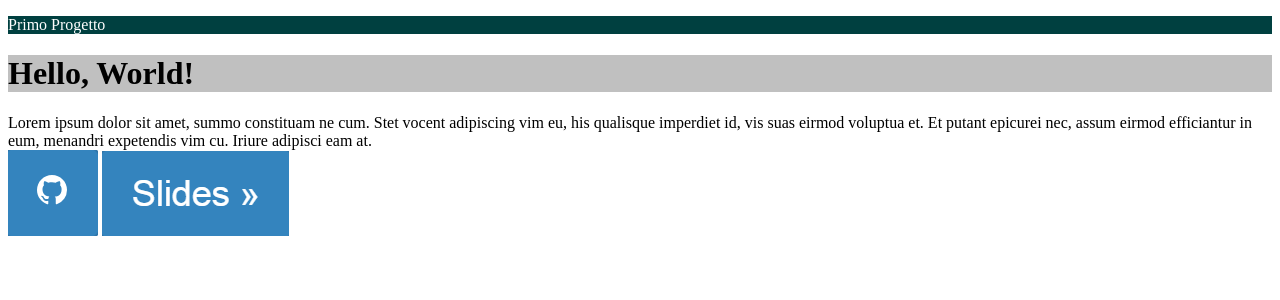
Repository: AndreaGuastaferro/Repository_Andrea_Guastaferro_Front
Page: cartella_html/NUOVO_HTML/ProgettoFinale.html
These files come from the project's save history. The page is drawn as it stood at one moment and after the next save; the edit follows.
The browser window is 1280 px wide. The pictures show the whole page.

Above is the page before, as saved 2018-10-22 16:12:34.

### cartella_html/NUOVO_HTML/ProgettoFinale.html
<!DOCTYPE html>
<html>
<head>
<meta charset="ISO-8859-1">
<title>Insert title here</title>
<link rel="stylesheet" type="text/css" href="ProgettoFinale.css">
</head>
<body>
	<header >
	<p id="head"> Primo Progetto</p>
	</header>

	 <div class="Projecthero">
	 	<div class="TextHero">
	 		<h1 class="H1">Hello, World!</h1>
	 		<article class ="articolo">
	 		Lorem ipsum dolor sit amet, summo constituam ne cum.
	 		Stet vocent adipiscing vim eu, his qualisque imperdiet id, vis suas eirmod voluptua et.
	 		Et putant epicurei nec, assum eirmod efficiantur in eum, menandri expetendis vim cu. Iriure adipisci eam at.
	 		</article>
	 		<span class="Span_uno"> <a href="https://it-it.facebook.com"><img alt="Not Found"  src="img/progetto finale_imm1.png"></a></span>
	 		<span class="Span_due"> <a href="http://www.irpinianews.it"><img alt="Not Found"  src="img/progetto finale_imm2.png"></a></span>
	 	</div>
	 </div>
</body>
</html>

### cartella_html/NUOVO_HTML/ProgettoFinale.css
@charset "ISO-8859-1";

body{
	margin 0;
}

header {
	background-color: #004040;
  	height:5%;
}

#head{
color: white;
}

.H1{
	background-color: #c0c0c0;
}

After the next save:
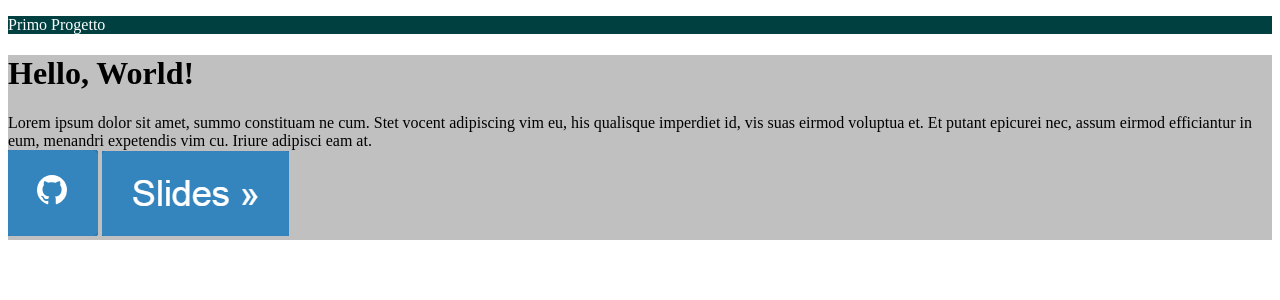
Saved 39 s later.
--- a/cartella_html/NUOVO_HTML/ProgettoFinale.css
+++ b/cartella_html/NUOVO_HTML/ProgettoFinale.css
@@ -13,6 +13,6 @@ header {
 color: white;
 }
 
-.H1{
+.Projecthero{
 	background-color: #c0c0c0;
 }
